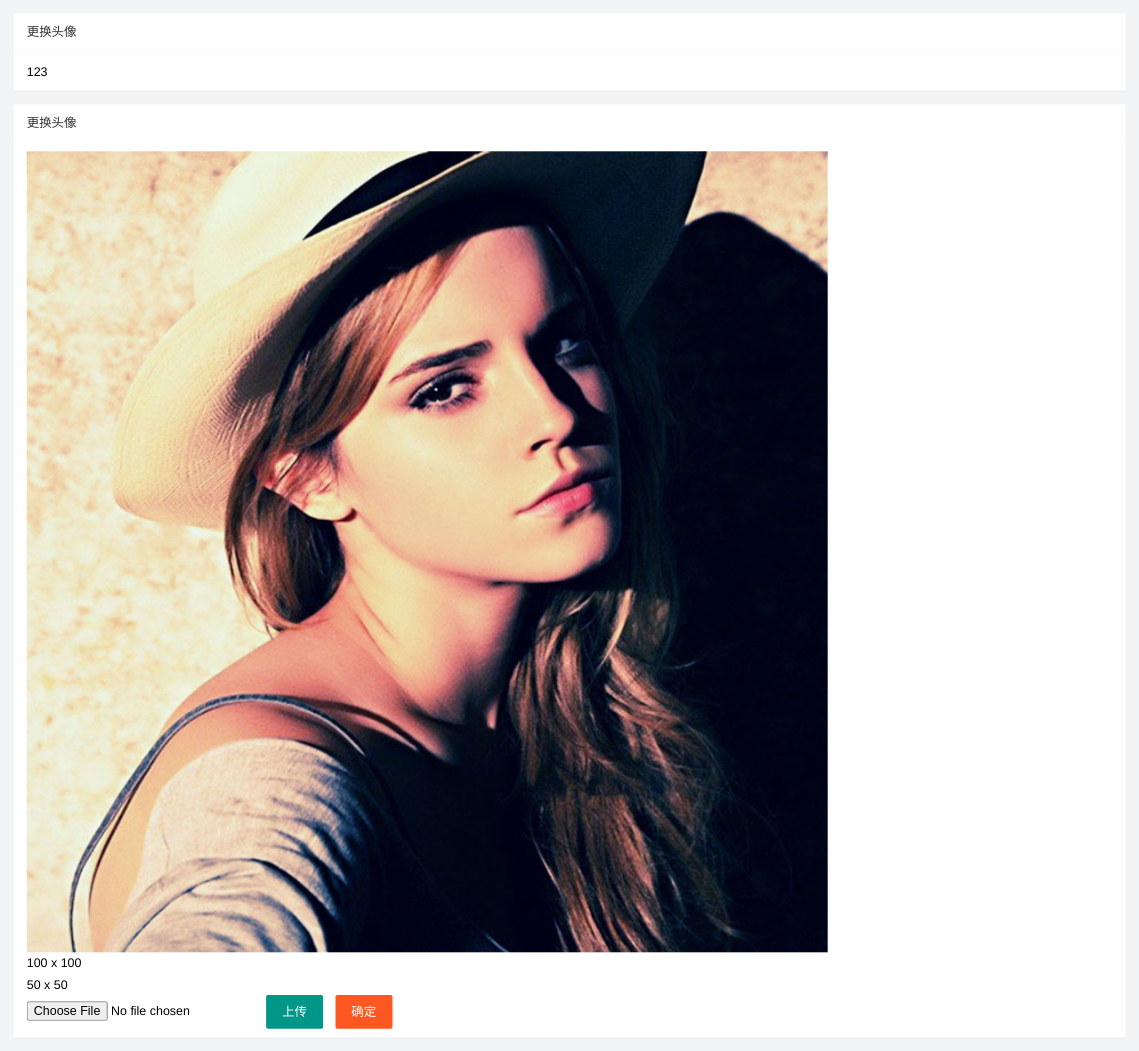
Repository: Janshen111/web_bigevent
Page: user/user_avatar.html
These files come from the project's save history. The page is drawn as it stood at one moment and after the next save; the edit follows.
The browser window is 1280 px wide. The pictures show the whole page, at 89% of full size.

Above is the page before, as saved 2022-09-01 12:33:36.

### user/user_avatar.html
<!DOCTYPE html>
<html lang="en">

<head>
    <meta charset="UTF-8">
    <meta http-equiv="X-UA-Compatible" content="IE=edge">
    <meta name="viewport" content="width=device-width, initial-scale=1.0">
    <title>Document</title>
    <link rel="stylesheet" href="../assets/lib/layui/css/layui.css">
    <link rel="stylesheet" href="../assets/lib/cropper/cropper.css">
    <link rel="stylesheet" href="../assets/user/user_avatar.css">
</head>
<!-- 卡片区域 -->
<div class="layui-card">
    <div class="layui-card-header">更换头像</div>
    <div class="layui-card-body">
        123
    </div>
</div>
<script src="../assets/lib/jquery.js"></script>
<script src="../assets/lib/cropper/Cropper.js"></script>
<script src="../assets/lib/cropper/jquery-cropper.js"></script>

<body>
    <div class="layui-card">
        <div class="layui-card-header">更换头像</div>
        <div class="layui-card-body">
            <!-- 第一行的图片裁剪和预览区域 -->
            <div class="row1">
                <!-- 图片裁剪区域 -->
                <div class="cropper-box">
                    <!-- 这个 img 标签很重要，将来会把它初始化为裁剪区域 -->
                    <img id="image" src="../assets/images/sample.jpg" />
                </div>
                <!-- 图片的预览区域 -->
                <div class="preview-box">
                    <div>
                        <!-- 宽高为 100px 的预览区域 -->
                        <div class="img-preview w100"></div>
                        <p class="size">100 x 100</p>
                    </div>
                    <div>
                        <!-- 宽高为 50px 的预览区域 -->
                        <div class="img-preview w50"></div>
                        <p class="size">50 x 50</p>
                    </div>
                </div>
            </div>

            <!-- 第二行的按钮区域 -->
            <div class="row2">
                <!-- 通过 accept属性，可以指定，允许用户选择什么类型的文件 -->
                <input type="file" id="file" accept="image/png,image/jpeg" />
                <button type="button" class="layui-btn" id="btnChooseImage">上传</button>
                <button type="button" class="layui-btn layui-btn-danger" id='btnUpload'>确定</button>
            </div>
        </div>
    </div>

</body>

</html>

### assets/user/user_avatar.css
html,
body {
    margin: 0;
    padding: 0;
}

body {
    padding: 15px;
    background-color: #f3f4f5;
}

Loaded but not shown: assets/lib/layui/css/layui.css (library); assets/lib/cropper/cropper.css (library); assets/lib/jquery.js (library); assets/lib/cropper/Cropper.js (library); assets/lib/cropper/jquery-cropper.js (common file)

After the next save:
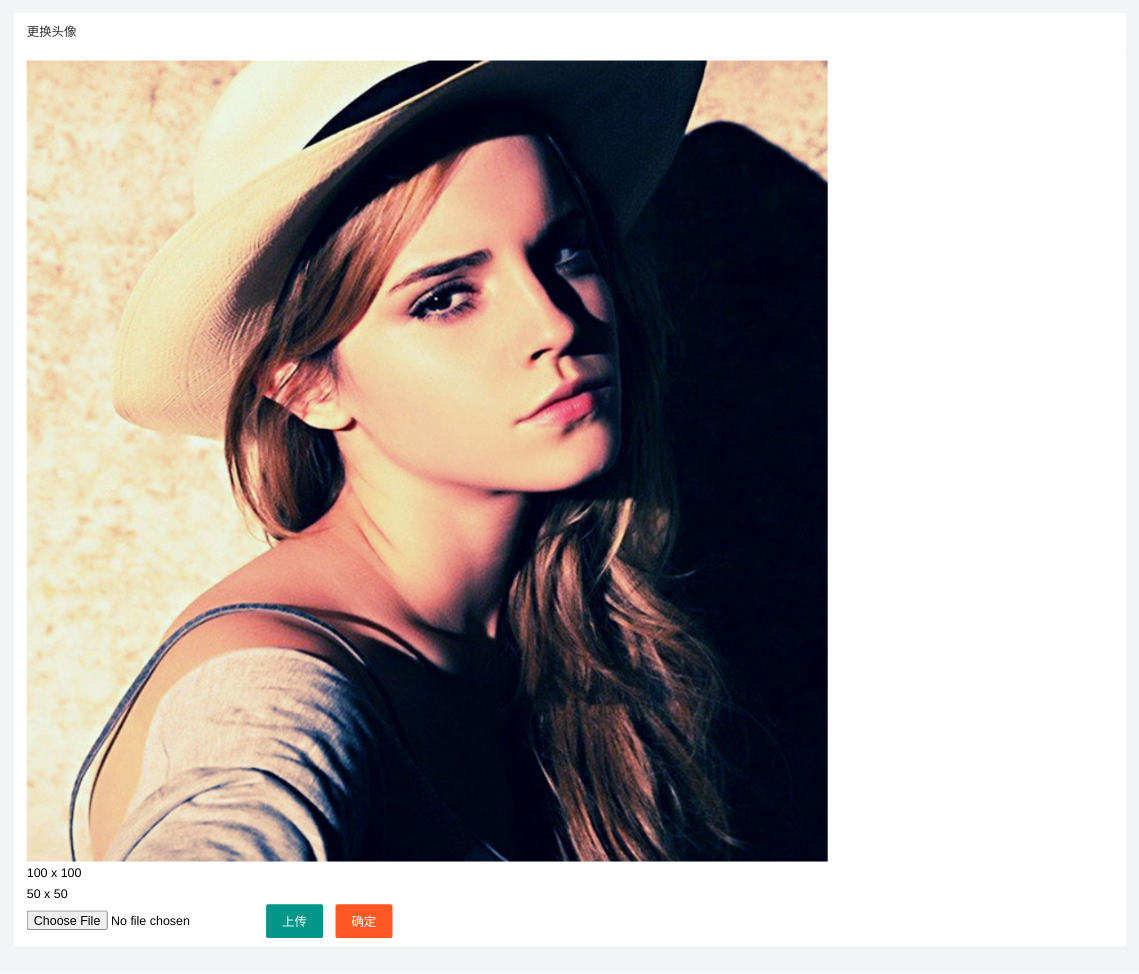
Saved 54 s later.
--- a/user/user_avatar.html
+++ b/user/user_avatar.html
@@ -14,7 +14,35 @@
 <div class="layui-card">
     <div class="layui-card-header">更换头像</div>
     <div class="layui-card-body">
-        123
+        <!-- 第一行的图片裁剪和预览区域 -->
+        <div class="row1">
+            <!-- 图片裁剪区域 -->
+            <div class="cropper-box">
+                <!-- 这个 img 标签很重要，将来会把它初始化为裁剪区域 -->
+                <img id="image" src="../assets/images/sample.jpg" />
+            </div>
+            <!-- 图片的预览区域 -->
+            <div class="preview-box">
+                <div>
+                    <!-- 宽高为 100px 的预览区域 -->
+                    <div class="img-preview w100"></div>
+                    <p class="size">100 x 100</p>
+                </div>
+                <div>
+                    <!-- 宽高为 50px 的预览区域 -->
+                    <div class="img-preview w50"></div>
+                    <p class="size">50 x 50</p>
+                </div>
+            </div>
+        </div>
+
+        <!-- 第二行的按钮区域 -->
+        <div class="row2">
+            <!-- 通过 accept属性，可以指定，允许用户选择什么类型的文件 -->
+            <input type="file" id="file" accept="image/png,image/jpeg" />
+            <button type="button" class="layui-btn" id="btnChooseImage">上传</button>
+            <button type="button" class="layui-btn layui-btn-danger" id='btnUpload'>确定</button>
+        </div>
     </div>
 </div>
 <script src="../assets/lib/jquery.js"></script>
@@ -22,40 +50,7 @@
 <script src="../assets/lib/cropper/jquery-cropper.js"></script>
 
 <body>
-    <div class="layui-card">
-        <div class="layui-card-header">更换头像</div>
-        <div class="layui-card-body">
-            <!-- 第一行的图片裁剪和预览区域 -->
-            <div class="row1">
-                <!-- 图片裁剪区域 -->
-                <div class="cropper-box">
-                    <!-- 这个 img 标签很重要，将来会把它初始化为裁剪区域 -->
-                    <img id="image" src="../assets/images/sample.jpg" />
-                </div>
-                <!-- 图片的预览区域 -->
-                <div class="preview-box">
-                    <div>
-                        <!-- 宽高为 100px 的预览区域 -->
-                        <div class="img-preview w100"></div>
-                        <p class="size">100 x 100</p>
-                    </div>
-                    <div>
-                        <!-- 宽高为 50px 的预览区域 -->
-                        <div class="img-preview w50"></div>
-                        <p class="size">50 x 50</p>
-                    </div>
-                </div>
-            </div>
 
-            <!-- 第二行的按钮区域 -->
-            <div class="row2">
-                <!-- 通过 accept属性，可以指定，允许用户选择什么类型的文件 -->
-                <input type="file" id="file" accept="image/png,image/jpeg" />
-                <button type="button" class="layui-btn" id="btnChooseImage">上传</button>
-                <button type="button" class="layui-btn layui-btn-danger" id='btnUpload'>确定</button>
-            </div>
-        </div>
-    </div>
 
 </body>
 
